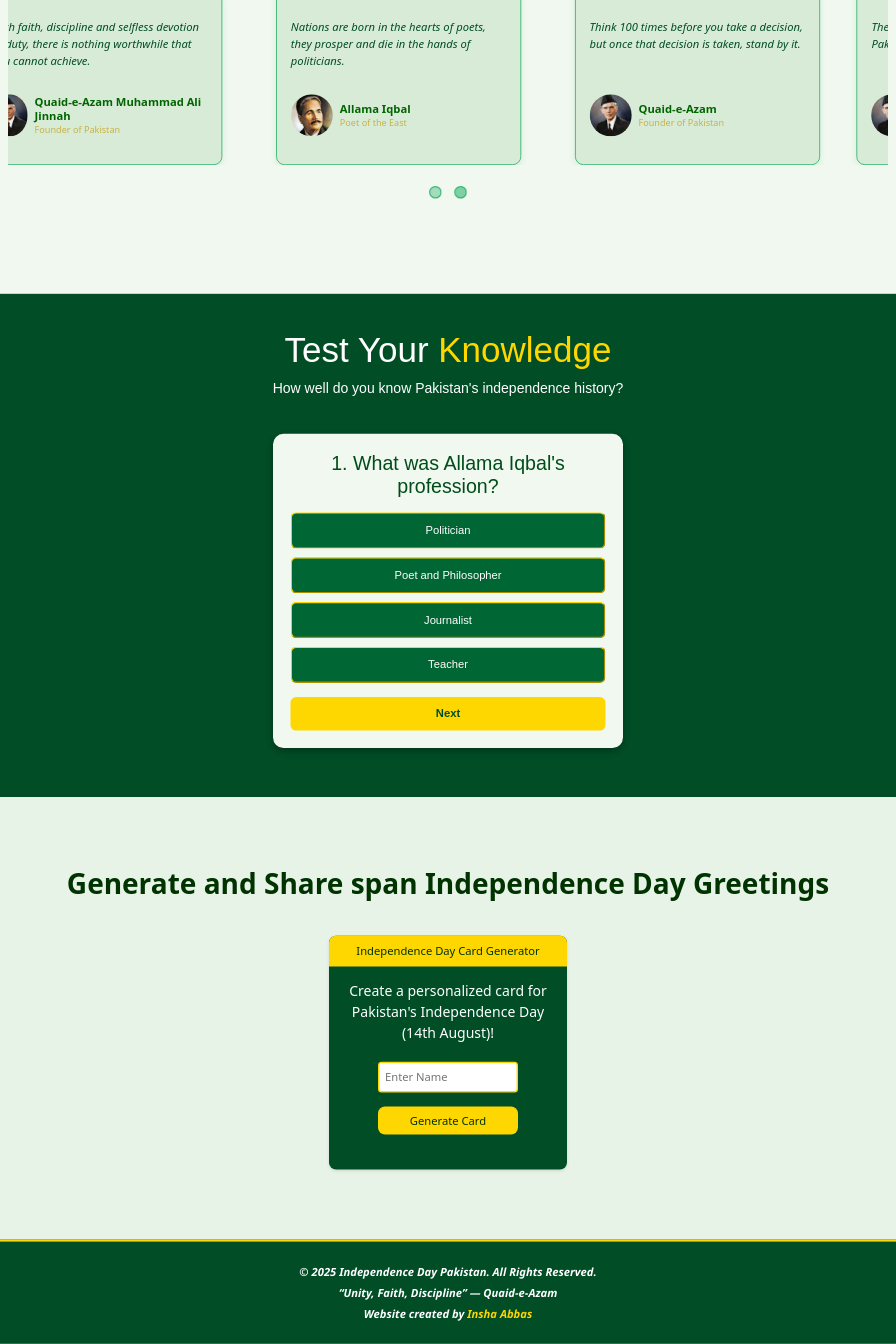
Repository: memonmuhammadali98/Pakistan-Independence-Day
Page: index.html
The author's editor kept a copy of each file at every save. The page is drawn from the files as they stood at one save, then again after the next save.
The browser window is 1280 px wide. The pictures show the part of the page from y = 4434 to 6354 px (the page is 6354 px tall), at 70% of full size.

Above is the page before, as saved 2025-08-09 21:08:45.

After the next save:
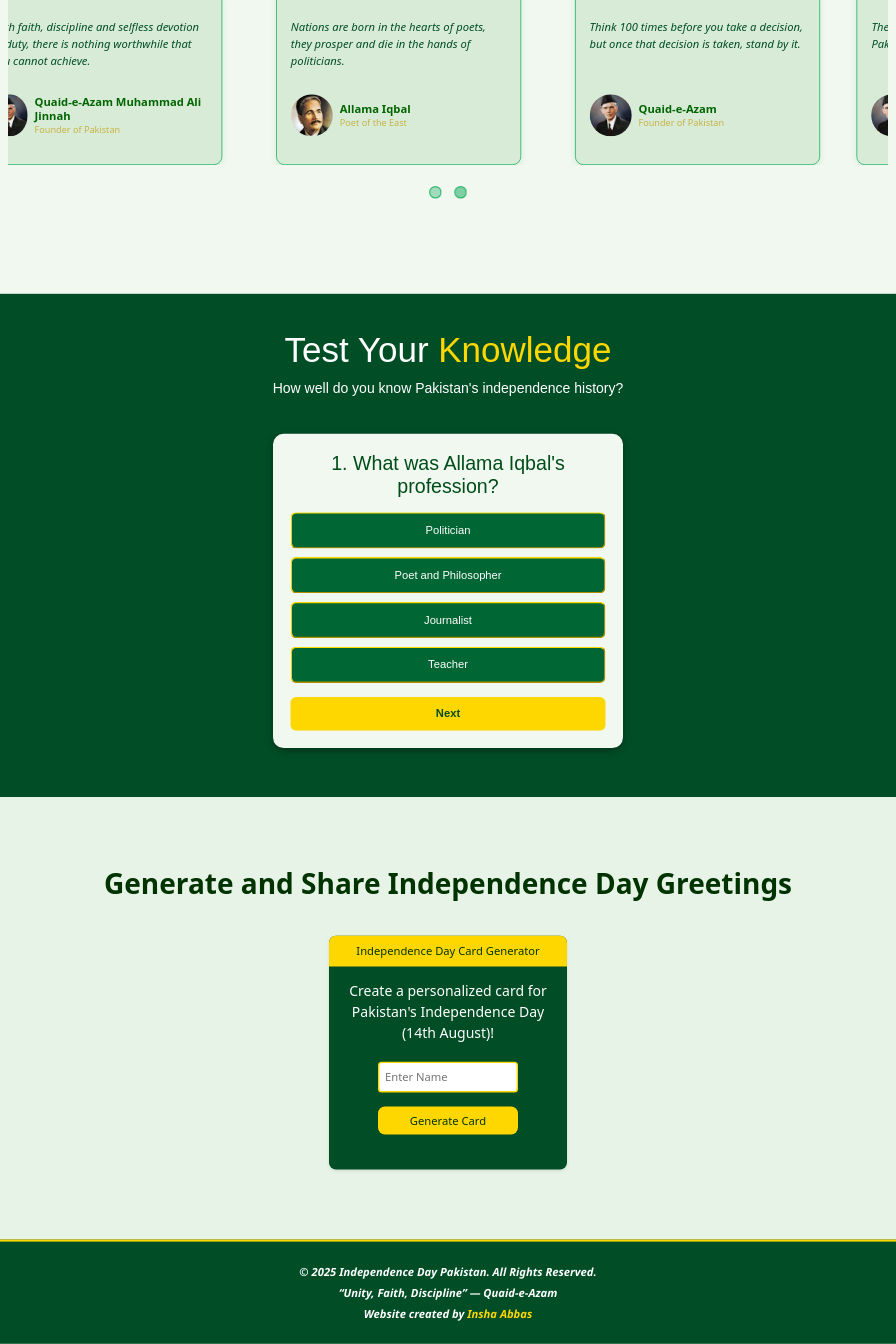
Saved 7 s later.
--- a/index.html
+++ b/index.html
@@ -307,7 +307,7 @@
 
 <!-- Card Section Starts -->
  <section class="card-section">
-  <h2>Generate and Share span Independence Day Greetings</h2>
+  <h2>Generate and Share <span></span> Independence Day Greetings</h2>
         <div class="generator-section">
             <div class="header">Independence Day Card Generator</div>
             <p>Create a personalized card for Pakistan's Independence Day (14th August)!</p>
